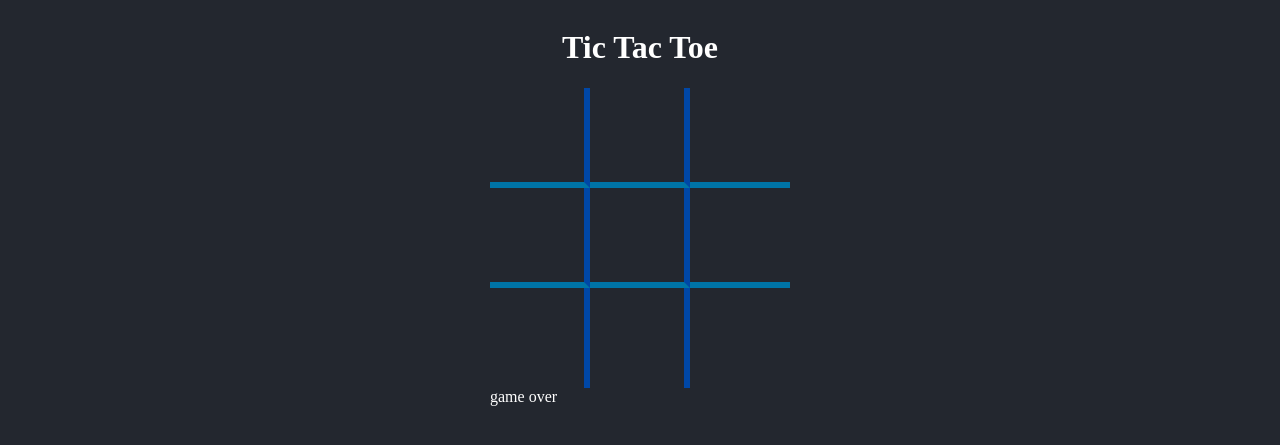
Repository: yuv-raj-25/Tic-Tac-Toe
Page: /
These files come from the project's save history. The page is drawn as it stood at one moment and after a run of saves; the edit follows.
The browser window is 1280 px wide. The pictures show the whole page.
The project was rebuilt for these pictures with package versions that can differ from the ones it lists, and the page was loaded fresh each time. Also part of the build but not shown: vite.config.js, src/components/Reset.jsx. Imported but missing from the stored project, and not drawn on this page: src/sounds/click.wav, src/sounds/game_over.wav.

Above is the page before, as saved 2023-10-18 12:21:14.

After the next 5 saves:
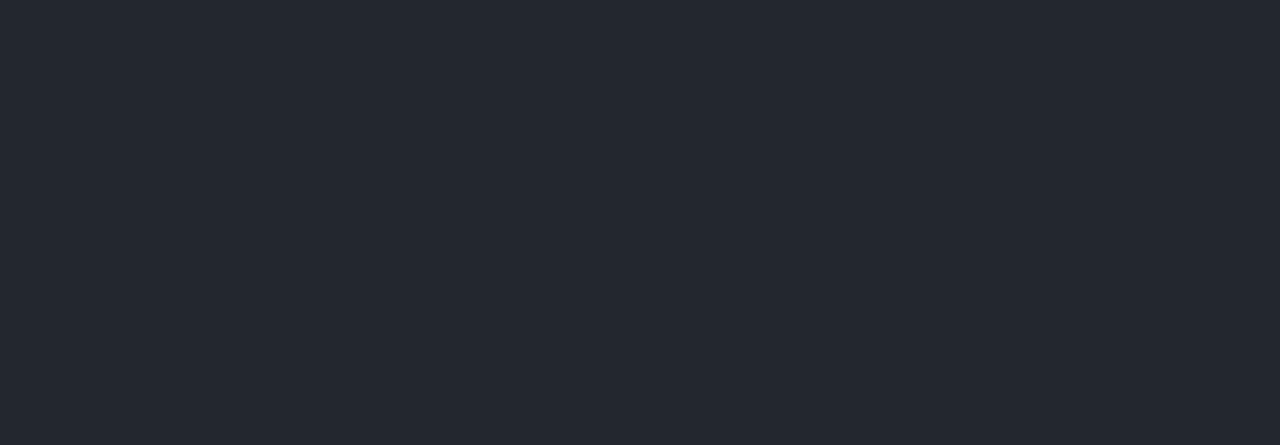
Console error: ReferenceError: playerXWins is not defined
The 5 saves are shown as one change because they came seconds apart.
The last was saved 11 s later.
--- a/src/components/GameState.js
+++ b/src/components/GameState.js
@@ -1,3 +1,3 @@
 const Gamestate = {
-
+    playerXWins
 }

After the 6 saves that followed:
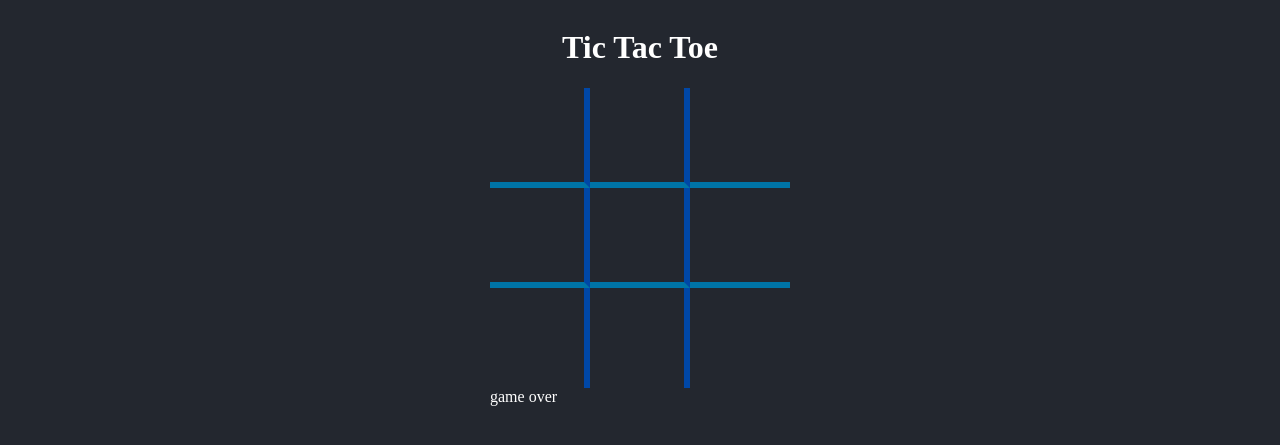
The error is gone.
The 6 saves are shown as one change because 1 did not build or start and some came seconds apart.
The last was saved 18 s later.
--- a/src/components/GameState.js
+++ b/src/components/GameState.js
@@ -1,3 +1,5 @@
 const Gamestate = {
-    playerXWins
+    playerXWins: 0,
+    playerXWins: 0,
+    playerXWins: 0,
 }
